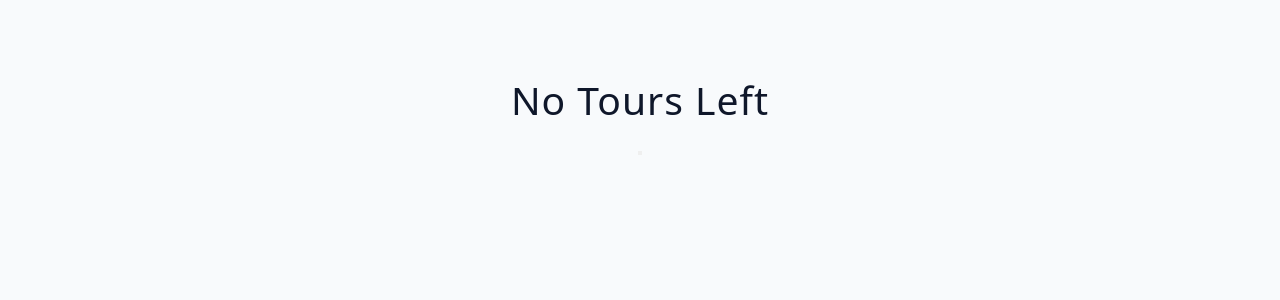
Repository: dydals3440/React-Projects
Page: / (app in 04-fundamental-projects/02-tours/starter/)
These files come from the project's save history. The page is drawn as it stood at one moment and after the next save; the edit follows.
The browser window is 1280 px wide. The pictures show the whole page.
The page's requests for data from a server got no answer. The project was rebuilt for these pictures with package versions that can differ from the ones it lists, and the page was loaded fresh each time. No one was signed in, and anything a server would have sent is missing. Also part of the build but not shown: 04-fundamental-projects/02-tours/starter/vite.config.js, 04-fundamental-projects/02-tours/starter/src/Tour.jsx, 04-fundamental-projects/02-tours/starter/src/Tours.jsx.

Above is the page before, as saved 2023-09-03 03:01:20.

After the next save:
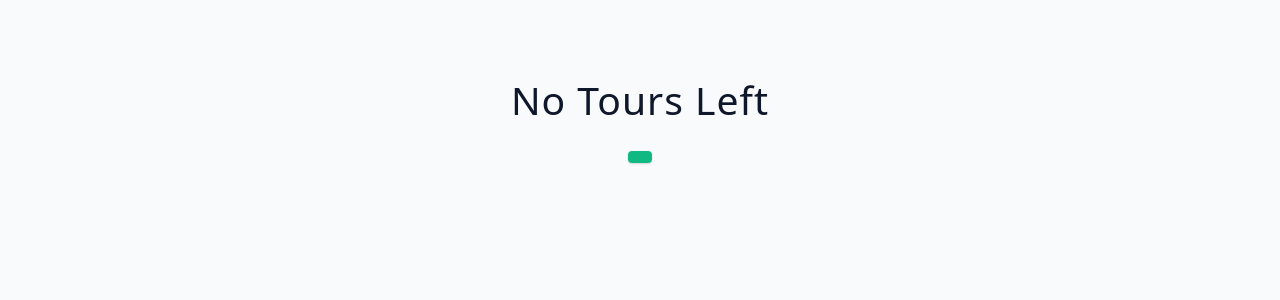
Saved 10 s later.
--- a/04-fundamental-projects/02-tours/starter/src/App.jsx
+++ b/04-fundamental-projects/02-tours/starter/src/App.jsx
@@ -43,7 +43,11 @@ const App = () => {
       <main>
         <div className='title'>
           <h2>No Tours Left</h2>
-          <button type='button' style={{ marginTop: '2rem' }}></button>
+          <button
+            type='button'
+            style={{ marginTop: '2rem' }}
+            className='btn'
+          ></button>
         </div>
       </main>
     );
